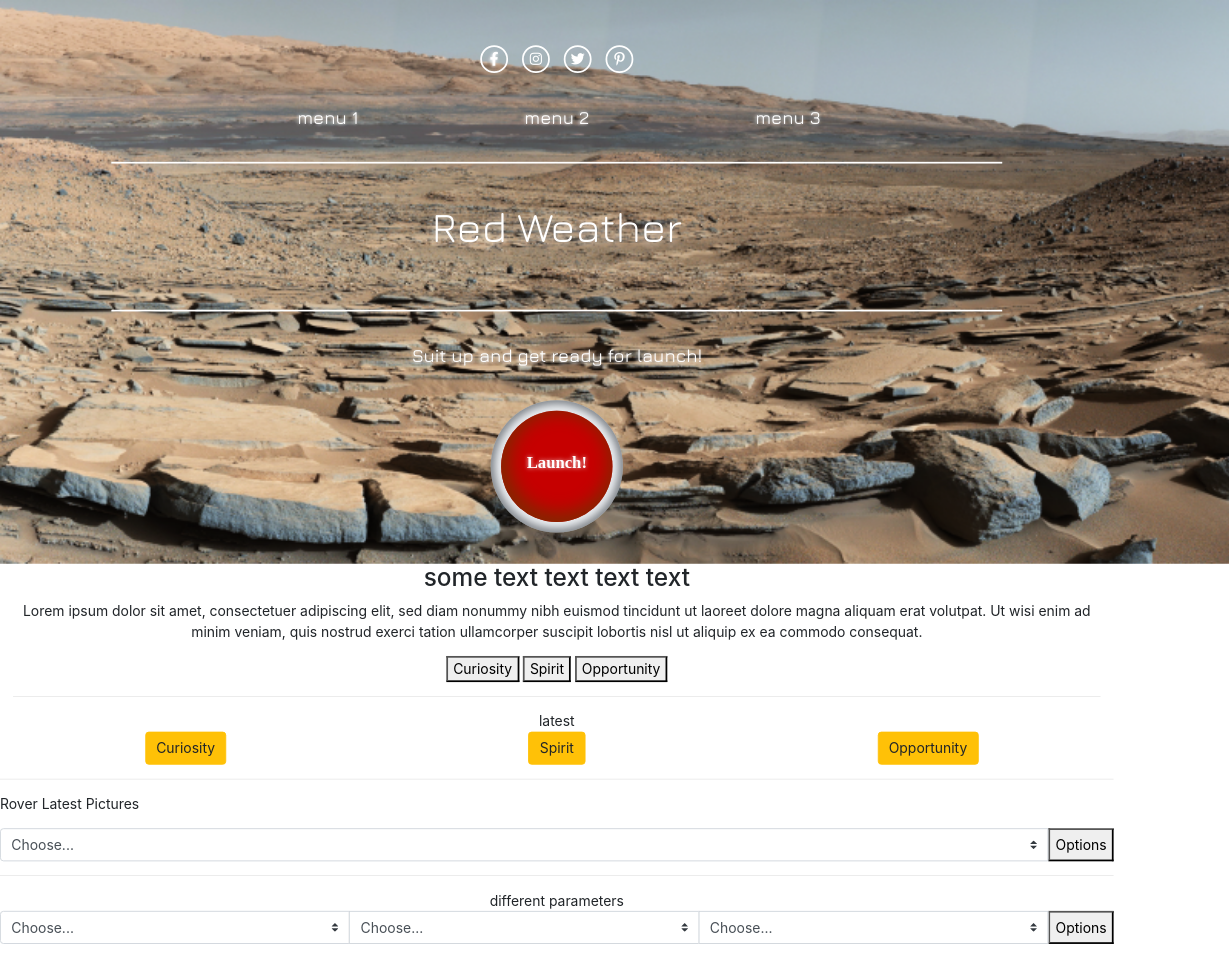
Repository: romqrq/Red-Planet-Explorer
Page: index.html
The author's editor kept a record of every edit. The page is drawn from the files as they stood at one moment, then again after the next edit.
The browser window is 1280 px wide. The page is 1413 px wide, so the pictures cover 1413 px, including what lies to the right of the window. The pictures show the whole page, at 87% of full size.
Some web fonts or font styles are not loaded; a fallback is used. Some web libraries are served in a nearby version.

Above is the page before.

After the next edit:
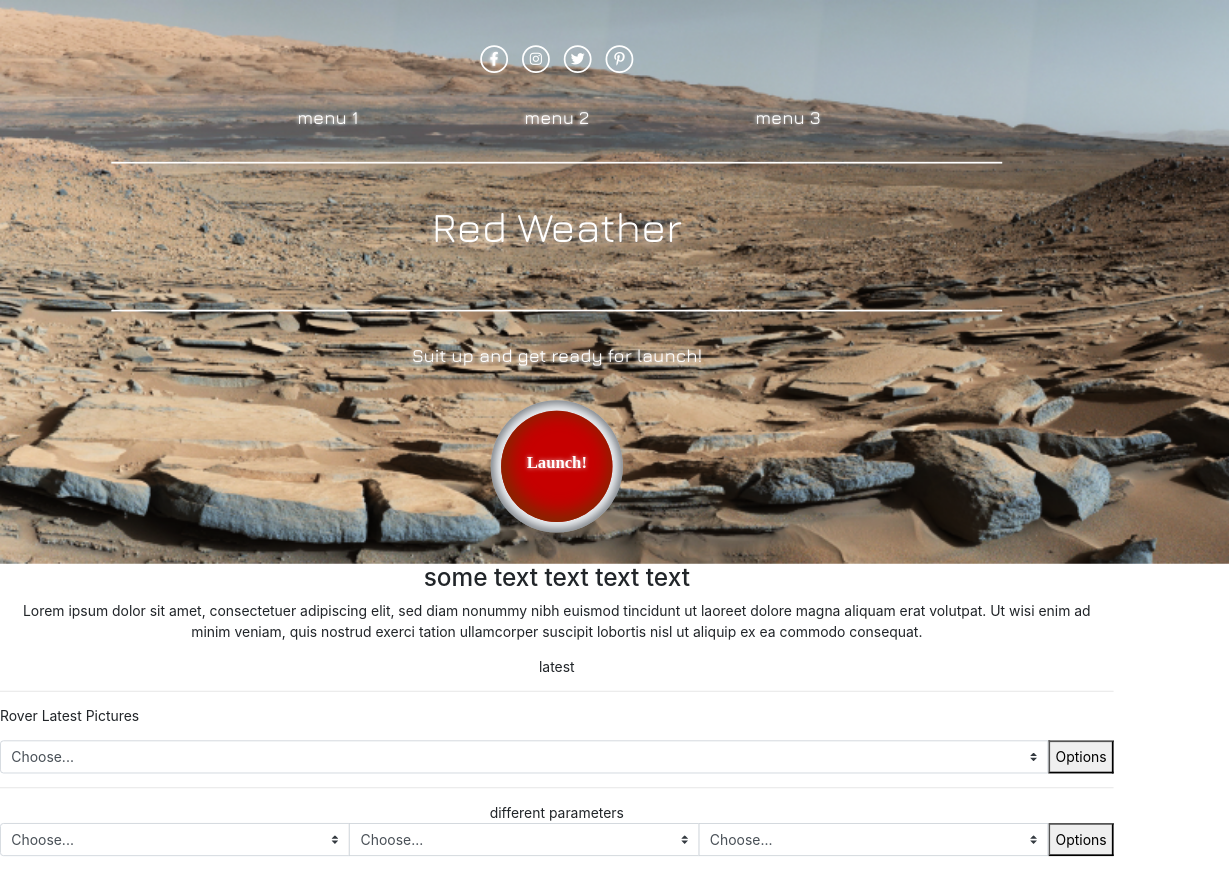
The edit:
--- a/index.html
+++ b/index.html
@@ -100,23 +100,18 @@
                 <h3>some text text text text</h3>
                 <p>Lorem ipsum dolor sit amet, consectetuer adipiscing elit, sed diam nonummy nibh euismod tincidunt ut laoreet dolore magna aliquam erat volutpat. Ut wisi enim ad minim veniam, quis nostrud exerci tation ullamcorper suscipit lobortis nisl
                     ut aliquip ex ea commodo consequat.</pp>
-            </div>
-            <button onclick="setName('curiosity'), writeToDocument()">Curiosity</button>
-            <button onclick="setName('spirit'), writeToDocument()">Spirit</button>
-            <button onclick="setName('opportunity')">Opportunity</button>
-            <hr>
             <div>latest</div>
-            <div class="row">
-                <div class="col-4">
-                    <button class="btn btn-warning latest-button" id="buttonCuriosity" onclick="writeLatestToDocument('curiosity')" value="curiosity">Curiosity</button>
-                </div>
-                <div class="col-4">
-                    <button class="btn btn-warning latest-button" id="buttonSpirit" onclick="writeLatestToDocument()" value="spirit">Spirit</button>
-                </div>
-                <div class="col-4">
-                    <button class="btn btn-warning latest-button" id="buttonOpportunity" onclick="writeLatestToDocument()" value="opportunity">Opportunity</button>
-                </div>
-            </div>
+            <!--<div class="row">-->
+            <!--    <div class="col-4">-->
+            <!--        <button class="btn btn-warning latest-button" id="buttonCuriosity" onclick="writeLatestToDocument('curiosity')" value="curiosity">Curiosity</button>-->
+            <!--    </div>-->
+            <!--    <div class="col-4">-->
+            <!--        <button class="btn btn-warning latest-button" id="buttonSpirit" onclick="writeLatestToDocument()" value="spirit">Spirit</button>-->
+            <!--    </div>-->
+            <!--    <div class="col-4">-->
+            <!--        <button class="btn btn-warning latest-button" id="buttonOpportunity" onclick="writeLatestToDocument()" value="opportunity">Opportunity</button>-->
+            <!--    </div>-->
+            <!--</div>-->
         </div>
     </section>
     <hr>
